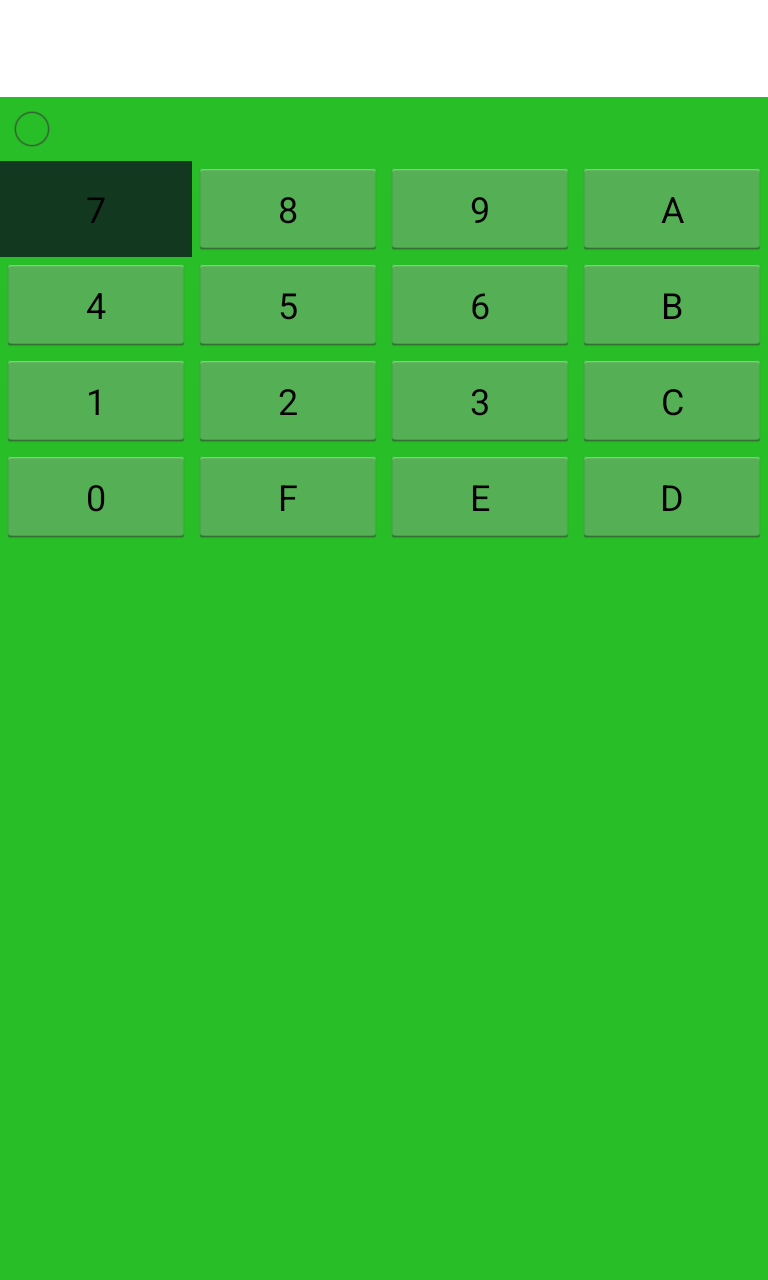
Repository: RamDion/BSIT_Calculator
Layout: CcsCalcu/res/layout/activity_calculator.xml
An editor plug-in stored every save of this project. The layout is shown before and after the next save, followed by the edit.
It is drawn on a 768 x 1280 px phone screen (xhdpi) without system bars, with theme AppTheme; the app's code is not run.

Above is the layout before, as saved 2014-09-04 05:18:34.

After the next save:
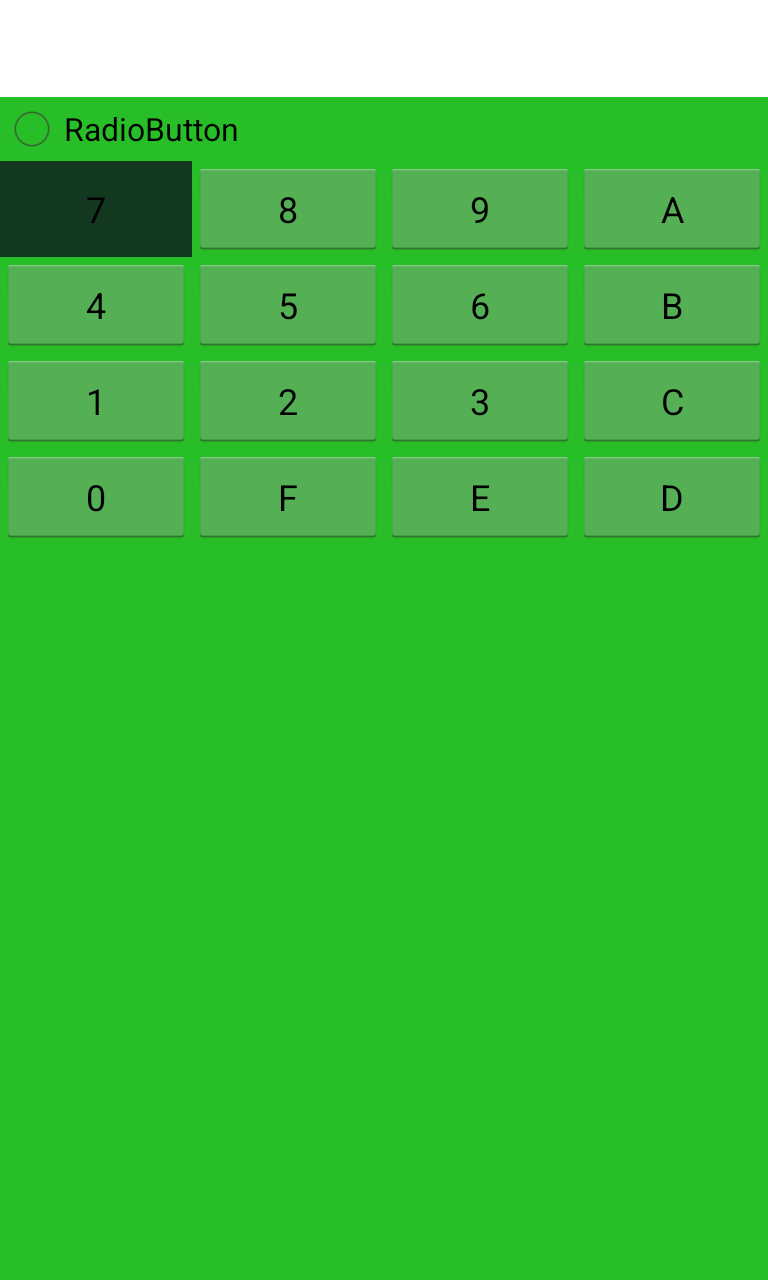
Saved 44 s later.
--- a/CcsCalcu/res/layout/activity_calculator.xml
+++ b/CcsCalcu/res/layout/activity_calculator.xml
@@ -34,16 +34,11 @@
             android:layout_width="fill_parent"
             android:layout_height="wrap_content"
              >
-
-            <RadioButton
-
-                android:background="#28be27"
-                android:layout_weight="1"
-                android:layout_width="0dip"
-                android:layout_height="wrap_content"
-                 >
-
-            </RadioButton>
+<RadioButton
+             android:id="@+id/radioButton1"
+             android:layout_width="wrap_content"
+             android:layout_height="wrap_content"
+             android:text="RadioButton" />
 
         </TableRow>
 
@@ -187,4 +182,7 @@
                 android:layout_height="wrap_content"
                 android:text="@string/d" />
         </TableRow>
+
+
+
     </TableLayout>
